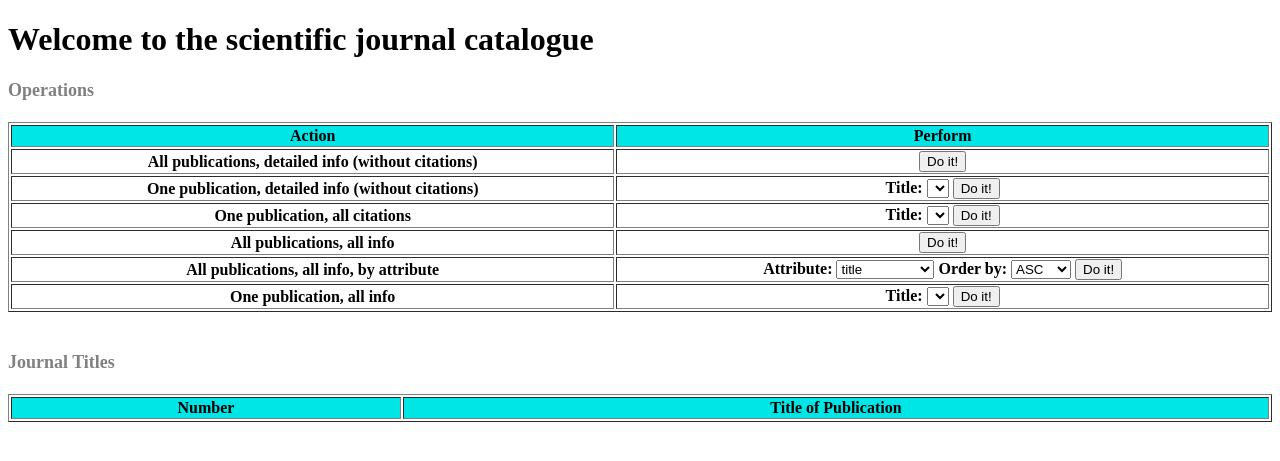
Repository: jlgsousa/javaEEapplication
Page: http://localhost/Catalog-Frontend/display.jsp
An editor plug-in stored every save of this project. The page is shown before and after the next save, followed by the edit.
The browser window is 1280 px wide. The pictures show the whole page.
The page is served by Tomcat 9. Nobody is signed in. The application's start-up code is not run. The template is opened directly, without the code that normally fills it, so the values that code supplies are empty.

Above is the page before, as saved 2019-05-30 16:33:40.

After the next save:
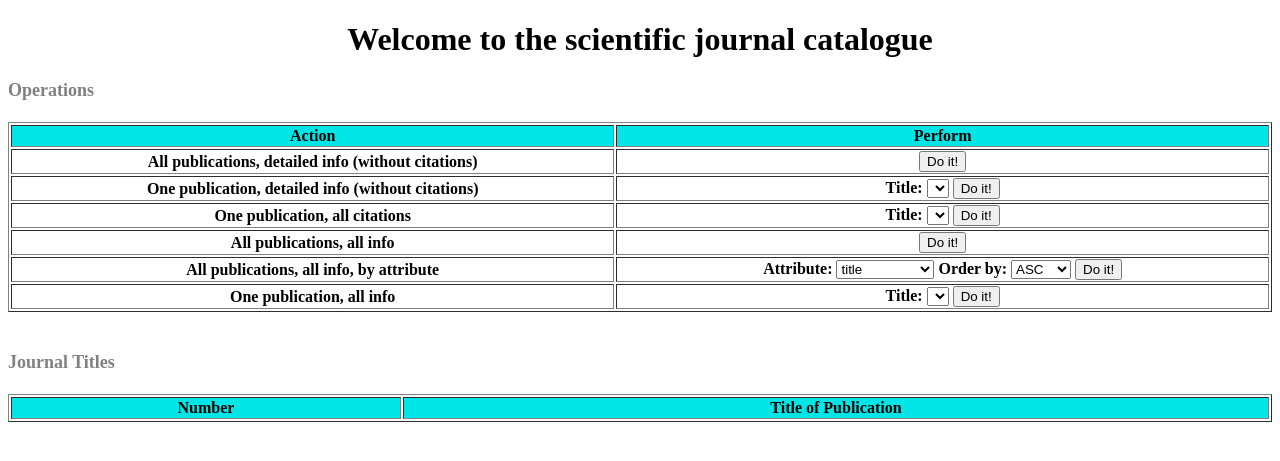
Saved 2 min 26 s later.
--- a/Catalog-Frontend/WebContent/display.jsp
+++ b/Catalog-Frontend/WebContent/display.jsp
@@ -9,7 +9,7 @@
 </head>
 <body>
 
-	<h1>Welcome to the scientific journal catalogue</h1>
+	<h1 style="text-align:center">Welcome to the scientific journal catalogue</h1>
 	<h1 style="color: gray">
 		<font size="4">Operations</font>
 	</h1>
